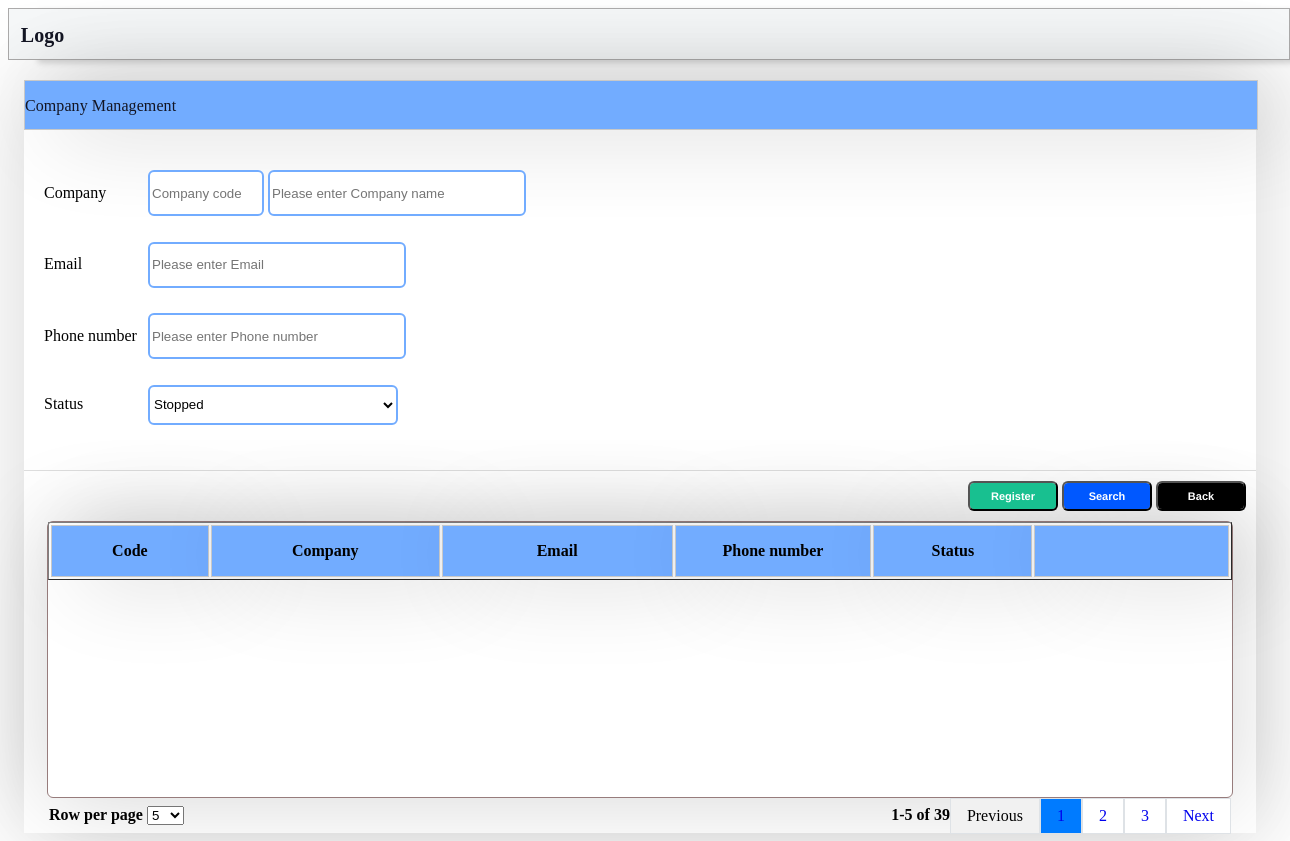
Repository: Zain1409/company
Page: client/html/CompanyManager.html
The author's editor kept a copy of each file at every save. The page is drawn from the files as they stood at one save, then again after the next save.
The browser window is 1280 px wide. The page is 1290 px wide, so the pictures cover 1290 px, including what lies to the right of the window. The pictures show the whole page.
The page's requests for data from a server got no answer.

Above is the page before, as saved 2021-04-05 15:07:31.

### client/html/CompanyManager.html
<!DOCTYPE html>
<html lang="en">
<head>
    <meta charset="UTF-8">
    <title>Register</title>
    <link rel="stylesheet" href="./../css/CompanyManager.css">
</head>
<body>
    <div id="header">
        <p>Logo</p>
    </div>
    <div class="container">
        <div id="content">
            <div id="head">
                <p>Company Management</p>
            </div>
             <form id="form">
                    <label id="properties">Company</label> <input id="code" type="text" placeholder="Company code" style="width: 108px;"> <input id="name" type="text" placeholder="Please enter Company name">
                    <br>
                    <br>
                    <label id="properties">Email</label> <input id="email" type="text" placeholder="Please enter Email" >
                    <br>
                    <br>
                    <label id="properties">Phone number</label> <input id="phone_number" type="text" placeholder="Please enter Phone number" >
                    <br>
                    <br>
                    <label id="properties">Status</label> <select name="" id="form_select">
                        <option value="stopped">Stopped</option>
                        <option value="working">Working</option>
                        <option value="pending">Pending</option>
                      </select>
                    </select>
                </form>
            <div id="table_button">
               <div id="all_button">
                <button style="background: var(--unnamed-color-18c090) 0% 0% no-repeat padding-box;
                background: #18C090 0% 0% no-repeat padding-box;">Register</button>
                <button style="background: #0058FF 0% 0% no-repeat padding-box;">Search</button>
                <button style="background: var(--unnamed-color-000000) 0% 0% no-repeat padding-box;
                background: #000000 0% 0% no-repeat padding-box;">Back</button>
               </div>
               <div id="table_result">
                    <div id="all_table">
                        <table border="1px solid #cea9a9 ">
                            <thead>
                                <tr>
                                    <th style="width: 159px;
                                    height: 48px;">Code</th>
                                    <th style="width: 232px;
                                    height: 48px;">Company</th>
                                    <th style="width: 235px;
                                    height: 48px;">Email</th>
                                    <th style="width: 199px;
                                    height: 48px;">Phone number</th>
                                    <th style="width: 160px;
                                    height: 48px;">Status</th>
                                    <th style="width: 199px;
                                    height: 48px;"></th>
                                </tr>
                            </thead>
                            <tbody id="table_body">
                                <!-- <tr>
                                    <td>BR001</td>
                                    <td>ABC</td>
                                    <td>abc@gmail.com</td>
                                    <td>012345678</td>
                                    <td>Stopped</td>
                                    <td><button style="background: #30C0F0 0% 0% no-repeat padding-box;">Detail</button><button style="background: #D31212 0% 0% no-repeat padding-box;">Delete</button></td>
                                </tr> -->
                            </tbody>
                        </table>
                    </div>
               </div>
            </div>
            <div id="footer">
                <div id="pages">
                    <div id="pages_left">
                        <p>Row per page</p>
                        <select name="" id="choos">
                            <option value="1">5</option>
                            <option value="2">10</option>
                            <option value="3">15</option>
                            <option value="4">20</option>
                        </select>
                    </div>
                    <div id="pages_right">
                        <div style="clear: both; display: flex;">
                            <p style="font-weight: bold; display: inline-block; margin: 0; padding-top: 8px;">1-5 of 39</p>
                            <a href="#" class="previous">Previous</a>
                            <a href="#" class="number1" style="background: #007BFF 0% 0% no-repeat padding-box;">1</a>
                            <a href="#" class="number2">2</a>
                            <a href="#" class="number3">3</a>
                            <a href="#" class="next">Next</a>
                        </div>
                    </div>
                </div>
            </div>
        </div>
    </div>
    <script src="https://unpkg.com/axios/dist/axios.min.js"></script>
    <script src="./../js/Manager.js"></script>
    <!-- <script>
        var company = [
            {
                'code': 'BR001',
                'name': 'ABC',
                'email': 'abc@gmail.com',
                'phone_number': '012345678',
                'status': 'Stopped',
            },
            {
                'code': 'BR001',
                'name': 'ABC',
                'email': 'abc@gmail.com',
                'phone_number': '012345678',
                'status': 'Stopped',
            },
            {
                'code': 'BR001',
                'name': 'ABC',
                'email': 'abc@gmail.com',
                'phone_number': '012345678',
                'status': 'Pending',
            },
            {
                'code': 'BR001',
                'name': 'ABC',
                'email': 'abc@gmail.com',
                'phone_number': '012345678',
                'status': 'Stopped',
            },
            {
                'code': 'BR001',
                'name': 'ABC',
                'email': 'abc@gmail.com',
                'phone_number': '012345678',
                'status': 'Working',
            },

        ];
        function init(){
            var tmp = "";
            for(let i = 0; i < company.length; i++){
                tmp +='<tr>';
                tmp    +=    '<td>'+company[i].code+'</td>';
                tmp        +=    '<td>'+company[i].name+'</td>';
                tmp        +=    '<td>'+company[i].email+'</td>';
                tmp        +=    '<td>'+company[i].phone_number+'</td>';
                tmp        +=    '<td id="'+company[i].status+'">'+company[i].status+'</td>';
                tmp        +=    '<td><button style="background: #30C0F0 0% 0% no-repeat padding-box;">Detail</button><button style="background: #D31212 0% 0% no-repeat padding-box;">Delete</button></td>';
                tmp        +='</tr>';
            }
            document.getElementById("table_body").innerHTML = tmp;
        }
        init();
    </script> -->
</body>
</html>

### client/css/CompanyManager.css
#header{
    width: 1280px;
    height: 50px;
    background: #F6F8F9 0% 0% no-repeat padding-box;
    box-shadow: 30px 3px 6px #00000029;
    border: 0.5px solid #ACABAB;
    opacity: 1;
    margin: auto;

}
#header p{
    width: 67px;
    height: 39px;
    text-align: left;
    font-weight: bold;
    font-size: 20px;
    color: #131523;
    opacity: 1;
    text-align: center;
    padding-top: 15px;
    margin: 0;
}
.container{
    margin: auto;
    width: 1232px;
    height: auto;
    padding-top: 20px;
}

#content{
    clear: both;
    width: 1232px;
    height: 753px;
    background: #FFFFFF 0% 0% no-repeat padding-box;
    box-shadow: 0px 3px 90px #00000029;
    opacity: 1;
}
#head{
    width: 1232px;
    height: 48px;
    background: #72ACFF 0% 0% no-repeat padding-box;
    box-shadow: 30px 3px 90px #00000029;
    border: 0.5px solid #C8C8C8;
    opacity: 1;
}
#head p{
    text-align: left;
    font: normal normal medium 20px/30px Poppins;
    letter-spacing: 0.08px;
    color: #131523;
    opacity: 1;
}
#form{
    width: 600px;
    float: left;
    height: 280px;
    margin: 20px;
    padding-top: 20px;

}
#form input{
    width: 250px;
    height: 40px;
    background: #FFFFFF 0% 0% no-repeat padding-box;
    border: 2px solid #72ACFF;
    border-radius: 6px;
    opacity: 1;
}
#form_select{
    clear: both;
    width: 250px;
    height: 40px;
    background: #FFFFFF 0% 0% no-repeat padding-box;
    border: 2px solid #72ACFF;
    border-radius: 6px;
    opacity: 1;
}
#properties{
    width: 100px;
    height: 40px;
    opacity: 1;
    display: inline-block;
}
#table_button{
    clear: both;
    border-top: 1px solid #DEDEDE;
}
#all_button{
    float: right;
    padding-top: 10px;
    padding-right: 10px;
}
button{
    width: 90px;
    height: 30px;
    background: var(--unnamed-color-18c090) 0% 0% no-repeat padding-box;
    background: #18C090 0% 0% no-repeat padding-box;
    border-radius: 6px;
    opacity: 1;
    text-align: center;
    font: normal normal bold 11px/20px Helvetica;
    letter-spacing: 0px;
    color: #FFFFFF;
    opacity: 1;
}
#table_result{
   clear: both;
   padding-top: 10px;
}
#all_table{

    width: 1184px;
    height: 275px;
    background: #FFFFFF 0% 0% no-repeat padding-box;
    box-shadow: 0px 3px 90px #00000029;
    border: 0.5px solid #977c7c;
    border-radius: 6px;
    opacity: 1;
    margin: auto;
}
th{
    background: #72ACFF 0% 0% no-repeat padding-box;
    box-shadow: 30px 3px 90px #00000029;
    border: 0.5px solid #C8C8C8;
    opacity: 1;
    text-align: center;
}
td{
    text-align: center;
    height: 36px;
}
#Stopped{
    width: 50px;
    height: 30px;
    background: #92929D 0% 0% no-repeat padding-box;
    border-radius: 6px;
    opacity: 1;
}
#Working{
    width: 50px;
    height: 30px;
    background: #11AA0C 0% 0% no-repeat padding-box;
    border-radius: 6px;
    opacity: 1;
}
#Pending{
    width: 50px;
    height: 30px;
    background: #E9CB03 0% 0% no-repeat padding-box;
    border-radius: 6px;
    opacity: 1;
}
#footer{
    clear: both;
}
#pages{
    width: 1182px;
    height: 31px;
    opacity: 1;
    margin: auto;

}
#pages_left{
    float: left;
}
#pages_left p{
    display: inline-block;
    margin: 0;
    font-weight: bold;
    padding-top: 8px;
}
#pages_right{
    float: right;
}
a {
    text-decoration: none;
    display: inline-block;
    padding: 8px 16px;
    background: #FFFFFF 0% 0% no-repeat padding-box;
    border: 1px solid #DEE2E6;
    opacity: 1;
  }

  a:hover {
    background-color: #ddd;
    color: black;
  }

  .previous {
    background-color: #f1f1f1;
    color: black;
  }

### client/js/Manager.js
const getCompany = async () => {
    try {
      const response = await axios.get('http://localhost:8080/employee');

      const company = response.data;

    //   console.log(`GET: Here's the list of todos`, todoItems);
        console.log(company);
        var tmp = "";
            for(let i = 0; i < 5; i++){
                tmp +='<tr>';
                tmp    +=    '<td>'+company[i].code+'</td>';
                tmp        +=    '<td>'+company[i].name+'</td>';
                tmp        +=    '<td>'+company[i].email+'</td>';
                tmp        +=    '<td>'+company[i].phone_number+'</td>';
                tmp        +=    '<td id="'+company[i].status+'">'+company[i].status+'</td>';
                tmp        +=    '<td><button style="background: #30C0F0 0% 0% no-repeat padding-box;">Detail</button><button style="background: #D31212 0% 0% no-repeat padding-box;">Delete</button></td>';
                tmp        +='</tr>';
            }
            document.getElementById("table_body").innerHTML = tmp;
            return company;
    } catch (errors) {
      console.error(errors);
    }
  };
  getCompany();

// const getTodoItems = async () => {
//     try {
//       const response = await axios.get('http://localhost:8080/employee');

//       const todoItems = response.data;

//       console.log(`GET: Here's the list of todos`, todoItems);

//       return todoItems;
//     } catch (errors) {
//       console.error(errors);
//     }
//   };
//   getTodoItems();

After the next save:
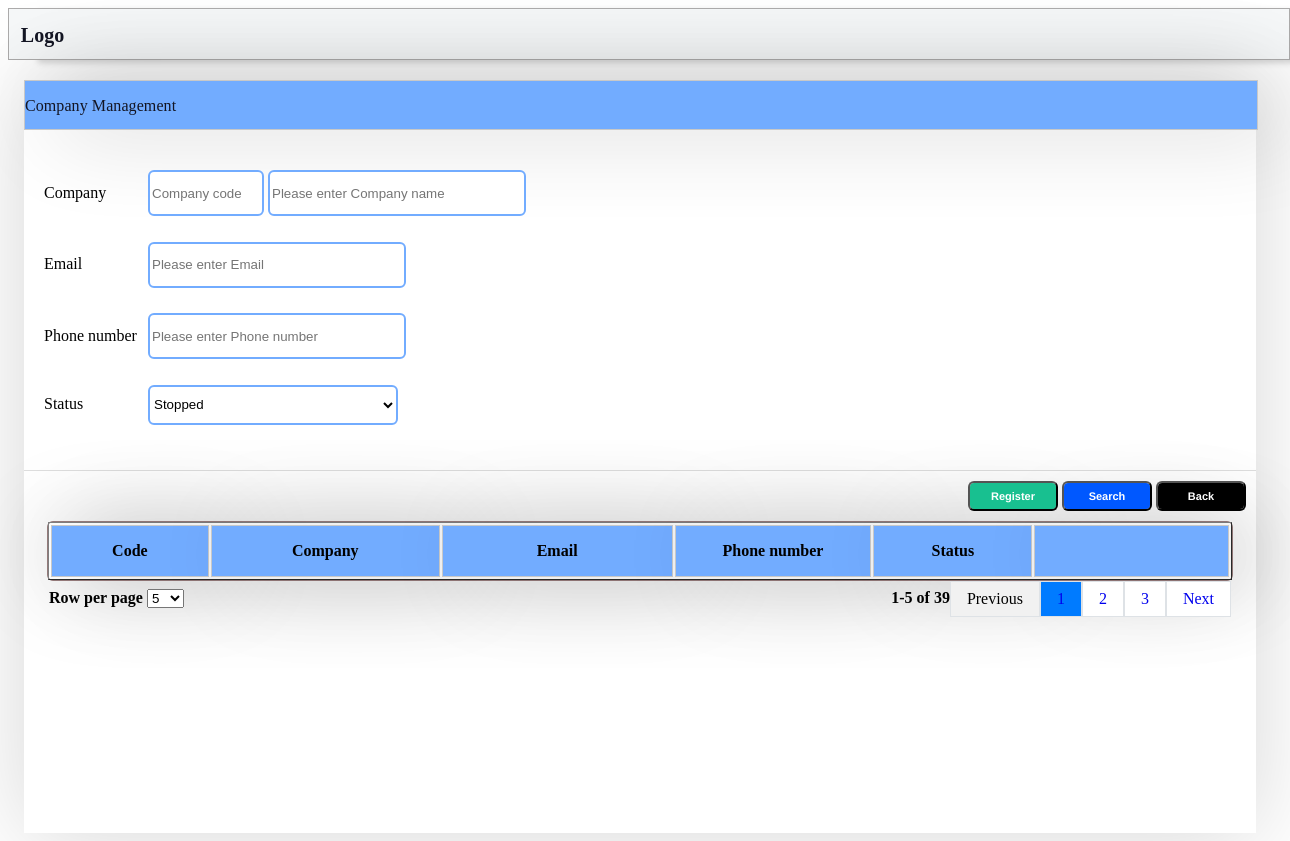
Saved 2 min 43 s later.
--- a/client/css/CompanyManager.css
+++ b/client/css/CompanyManager.css
@@ -110,7 +110,7 @@ button{
 #all_table{
 
     width: 1184px;
-    height: 275px;
+    height: auto;
     background: #FFFFFF 0% 0% no-repeat padding-box;
     box-shadow: 0px 3px 90px #00000029;
     border: 0.5px solid #977c7c;
